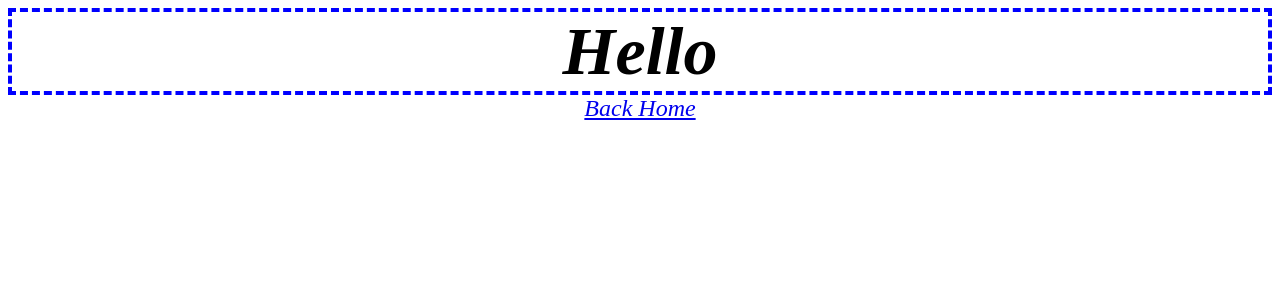
Repository: JayWelborn/CS50x-archive
Page: http://localhost/week8/exercises/generic/page2.php
The author's editor kept a record of every edit. The page is drawn from the files as they stood at one moment, then again after the next edit.
The browser window is 1280 px wide. The pictures show the whole page.
The page is run by PHP 8.4 with error messages shown; the project is at /var/www/html/.

Above is the page before.

### workspace/week8/exercises/generic/page2.php
<!DOCTYPE html>
<html>
    <head>
        <link href = "index.css" rel = "stylesheet"/>
        <title>
            Page 2
        </title>
    </head>
    <body>
        <div id = "top">
            Hello
        </div>
        <div id = "middle">
            <a href= "index.php">Back Home</a>
        </div>
    </body>
</html>

### workspace/week8/exercises/generic/index.css
body
{
    text-align: center;
}
#top
{
    font-size: 68px;
    font-weight: bold;
    font-style: italic;
    border : 4px dashed blue;
}

#middle
{
    font-size: 24px;
    font-style: italic;
}

### workspace/week8/exercises/generic/header.php
<!DOCTYPE html>
<html>
    <head>
        <title>Hello</title>
        <link href = "index.css" rel = "stylesheet"/>
    </head>
    <body>
        <div id = "top">
            Hello, World!
        </div><br/>

After the next edit:
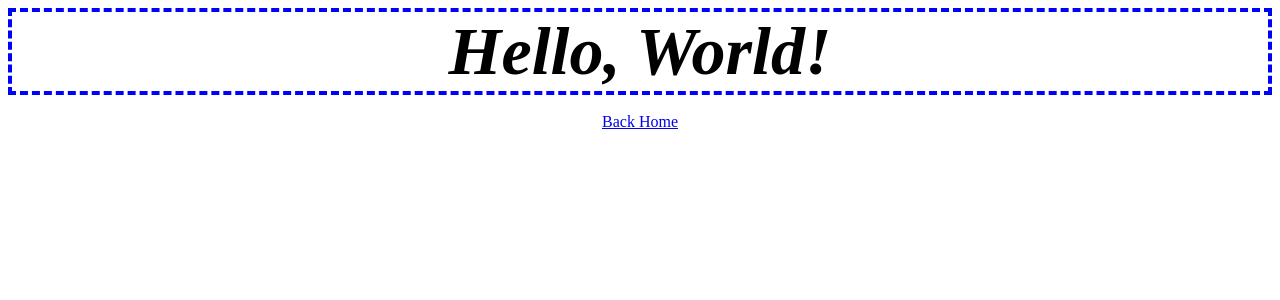
The edit:
--- a/workspace/week8/exercises/generic/page2.php
+++ b/workspace/week8/exercises/generic/page2.php
@@ -1,16 +1,6 @@
-<!DOCTYPE html>
-<html>
-    <head>
-        <link href = "index.css" rel = "stylesheet"/>
-        <title>
-            Page 2
-        </title>
-    </head>
-    <body>
-        <div id = "top">
-            Hello
-        </div>
-        <div id = "middle">
+<?php require("header.php"); ?>
+
+        <div id = "bottom">
             <a href= "index.php">Back Home</a>
         </div>
     </body>
